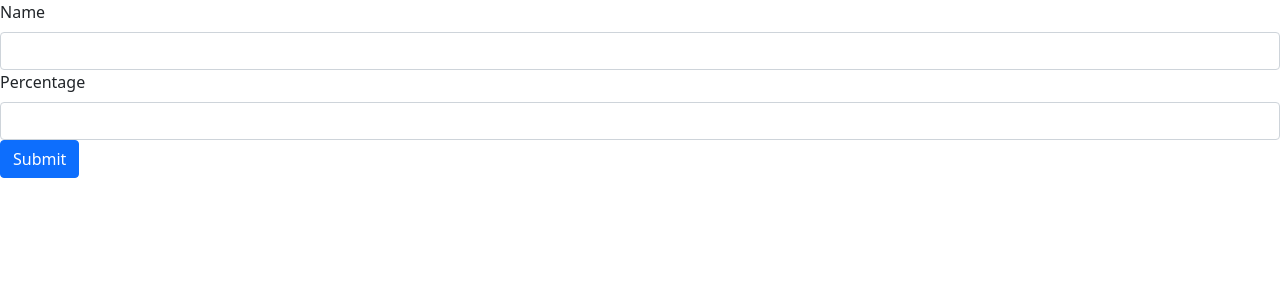
Repository: shivamaninalla/Bank-Application-JSP
Page: http://localhost/09-student-mvc-db/addStudent.jsp
The author's editor kept a copy of each file at every save. The page is drawn from the files as they stood at one save, then again after the next save.
The browser window is 1280 px wide. The pictures show the whole page.
The page is served by Tomcat 9. Other server files are loaded and not shown.

Above is the page before, as saved 2024-07-17 09:13:06.

### 09-student-mvc-db/WebContent/addStudent.jsp
<%@ page language="java" contentType="text/html; charset=ISO-8859-1"
    pageEncoding="ISO-8859-1"%>

<%@ taglib uri="http://java.sun.com/jsp/jstl/core" prefix="c"%>
<%@ taglib uri="http://java.sun.com/jsp/jstl/functions" prefix="fn"%>
<link
	href="https://cdn.jsdelivr.net/npm/bootstrap@5.0.2/dist/css/bootstrap.min.css"
	rel="stylesheet"
	integrity="sha384-EVSTQN3/azprG1Anm3QDgpJLIm9Nao0Yz1ztcQTwFspd3yD65VohhpuuCOmLASjC"
	crossorigin="anonymous">
<script
	src="https://cdn.jsdelivr.net/npm/bootstrap@5.0.2/dist/js/bootstrap.bundle.min.js"
	integrity="sha384-MrcW6ZMFYlzcLA8Nl+NtUVF0sA7MsXsP1UyJoMp4YLEuNSfAP+JcXn/tWtIaxVXM"
	crossorigin="anonymous"></script>
<!DOCTYPE html>
<html>
<head>
<meta charset="ISO-8859-1">
<title>Add</title>
</head>
<body>
<form action="StudentController">
<input type="hidden" name="command" value="add">
  <div class="mb-3">
    <label for="name" class="form-label">Name</label>
    <input type="text" class="form-control" id="name" name="name">

   <div class="mb-3">
    <label for="percentage" class="form-label">Percentage</label>
    <input type="text" class="form-control" id="percentage" name="percentage">



  <button type="submit" class="btn btn-primary">Submit</button>

</form>




</body>
</html>

After the next save:
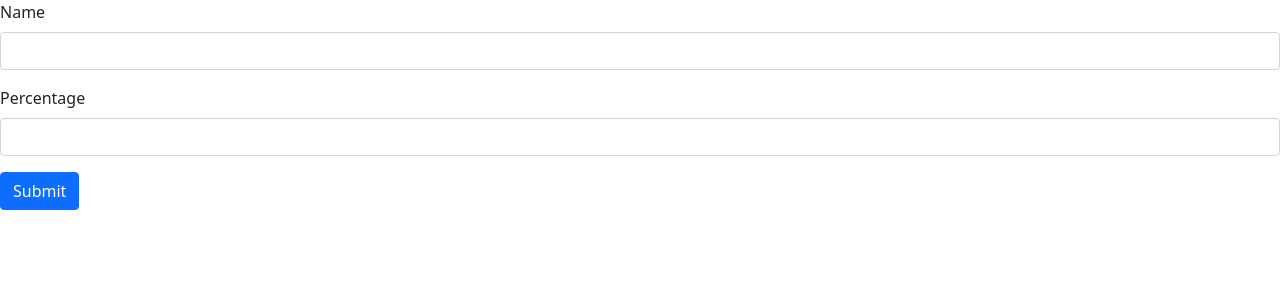
Saved 43 s later.
--- a/09-student-mvc-db/WebContent/addStudent.jsp
+++ b/09-student-mvc-db/WebContent/addStudent.jsp
@@ -24,12 +24,12 @@
   <div class="mb-3">
     <label for="name" class="form-label">Name</label>
     <input type="text" class="form-control" id="name" name="name">
-
+    </div>
    <div class="mb-3">
     <label for="percentage" class="form-label">Percentage</label>
     <input type="text" class="form-control" id="percentage" name="percentage">
 
-
+   </div>
 
   <button type="submit" class="btn btn-primary">Submit</button>
 
